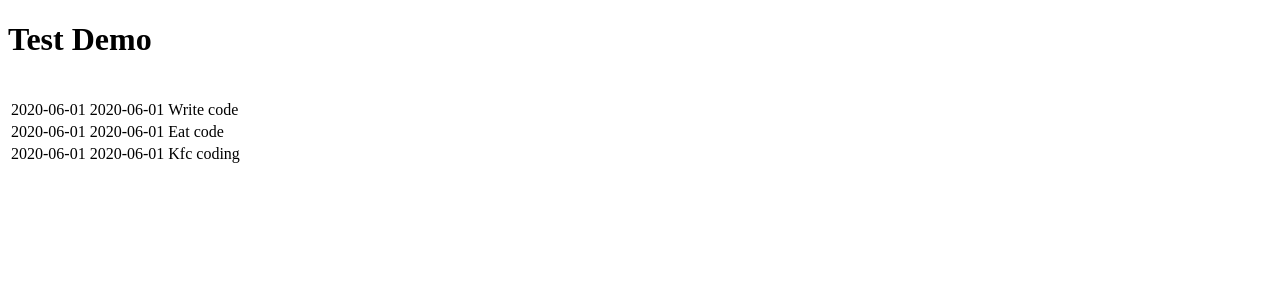
Repository: cavidk/taco_shop-web
Page: <!DOCTYPE html>.html
The author's editor kept a copy of each file at every save. The page is drawn from the files as they stood at one save, then again after the next save.
The browser window is 1280 px wide. The pictures show the whole page.

Above is the page before, as saved 2024-06-07 12:00:16.

After the next save:
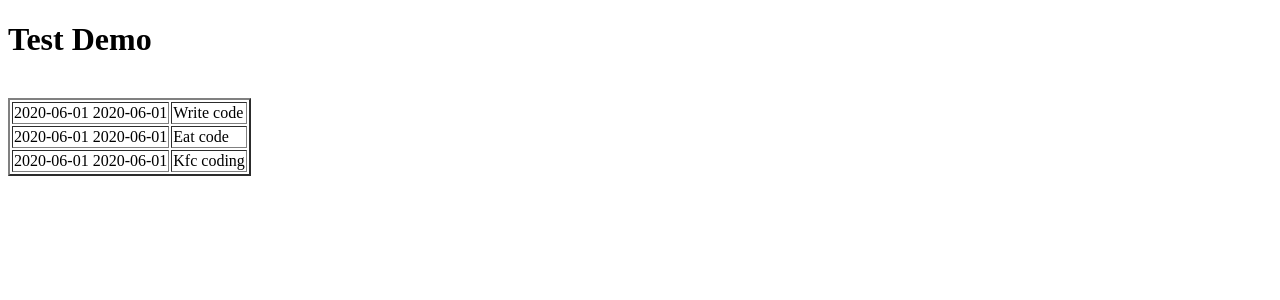
Saved 1 s later.
--- a/<!DOCTYPE html>.html
+++ b/<!DOCTYPE html>.html
@@ -10,7 +10,7 @@
    <h1>Test Demo</h1>
 <br>
 
-   <table>
+   <table border="2">
    <tr>
       <td>
          <time datetime="2020-06-01">2020-06-01</time>
